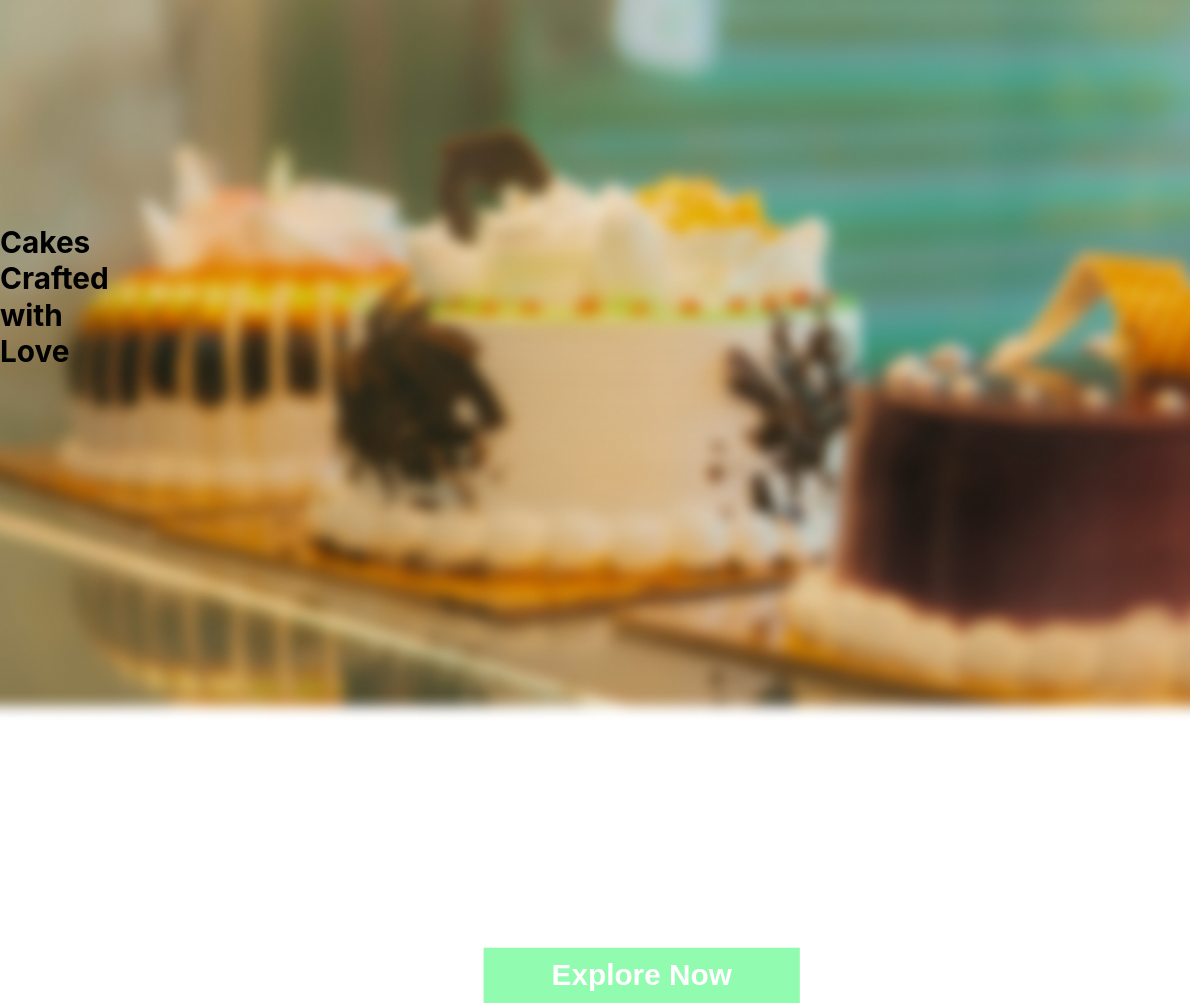
Repository: MEROO1010/cake-box-website
Page: / (app in Cake_box/cake_website/cake_frontend/)
The author's editor kept a copy of each file at every save. The page is drawn from the files as they stood at one save, then again after the next save.
The browser window is 1280 px wide. The pictures show the whole page, at 93% of full size.
The project was rebuilt for these pictures with package versions that can differ from the ones it lists, and the page was loaded fresh each time.

Above is the page before, as saved 2024-10-22 12:11:38.

After the next save:
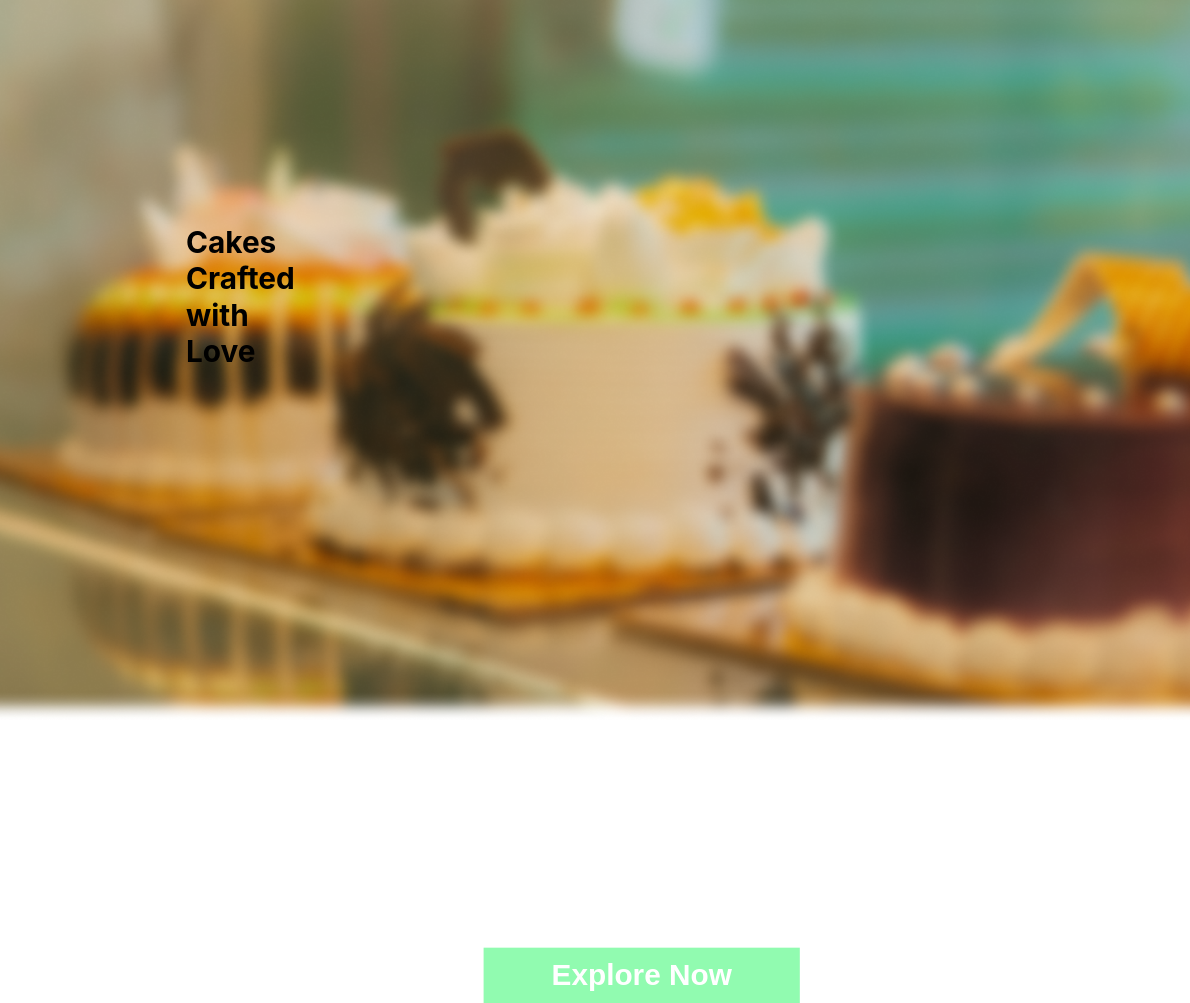
Saved 4 s later.
--- a/Cake_box/cake_website/cake_frontend/src/components/HomePage/Homepage.jsx
+++ b/Cake_box/cake_website/cake_frontend/src/components/HomePage/Homepage.jsx
@@ -29,7 +29,7 @@ const Container = styled.div `
     color:black;
     padding-top:40px;
     bottom:600px;
-    margin-right:200px;
+    margin-left:200px;
     position: relative;
    }
 
